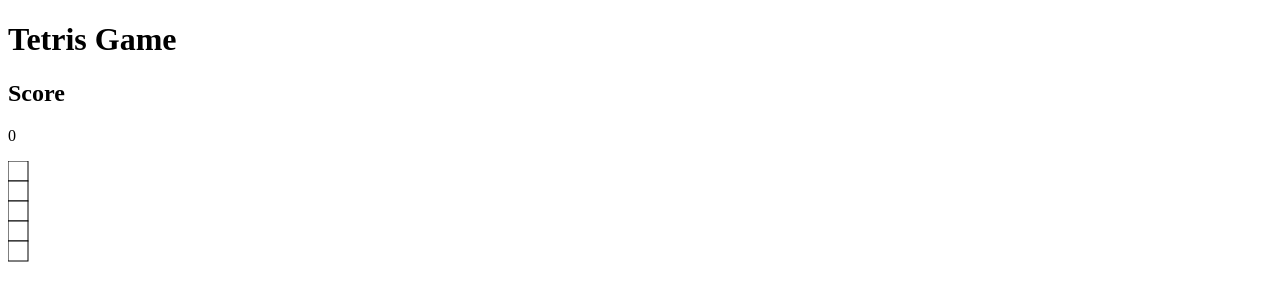
Repository: nlbien22/games
Page: Tetris/index.html
These files come from the project's save history. The page is drawn as it stood at one moment and after a run of saves; the edit follows.
The browser window is 1280 px wide. The pictures show the whole page.

Above is the page before, as saved 2024-11-14 21:49:33.

After the next 2 saves:
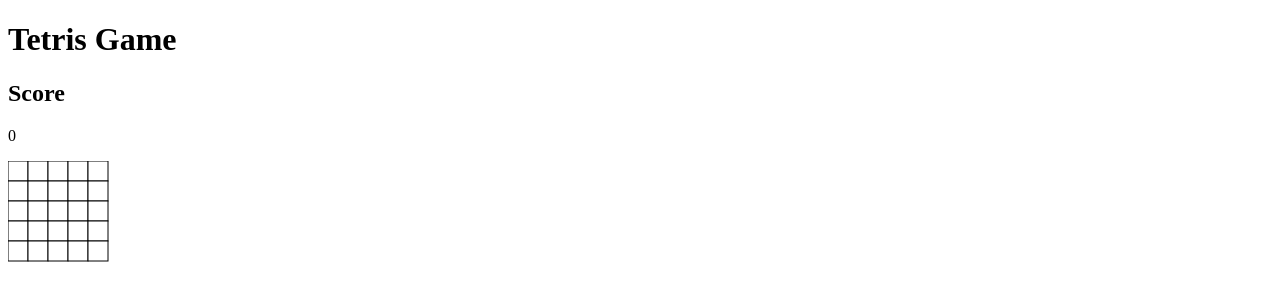
The 2 saves are shown as one change because they came seconds apart.
The last was saved 11 s later.
--- a/Tetris/script.js
+++ b/Tetris/script.js
@@ -2,7 +2,7 @@
 const context = canvas.getContext('2d');
 
 const ROW = 5;
-const COL = 60;
+const COL = 5;
 const SQ = 20;
 const COLOR = 'WHITE';
 
@@ -25,7 +25,7 @@
     for (let r = 0; r < ROW; r++) {
         for (let c = 0; c < COL; c++) {
             drawSquare(c, r, board[r][c]);
-            break;
+            // break;
         }
     }
 }
